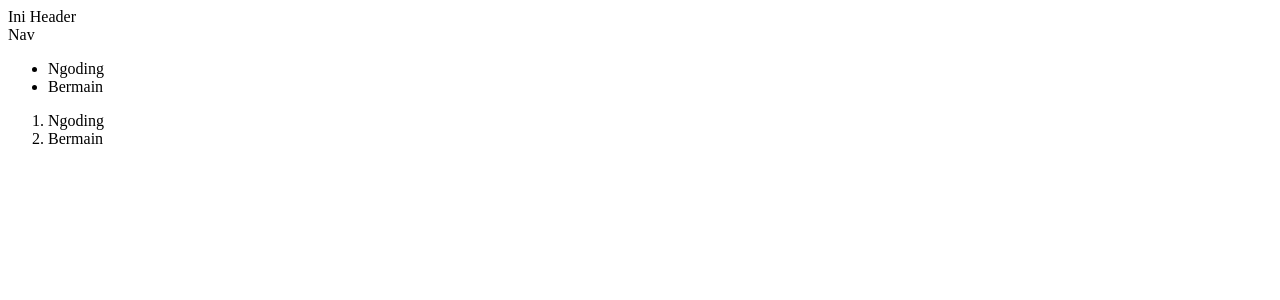
Repository: bmofunc/-Bootcamp-UM
Page: 01. Pert 1/Learn/2. Detail.html
An editor plug-in stored every save of this project. The page is shown before and after a run of saves, followed by the edit.
The browser window is 1280 px wide. The pictures show the whole page.

Above is the page before, as saved 2026-06-13 20:55:50.

After the next 4 saves:
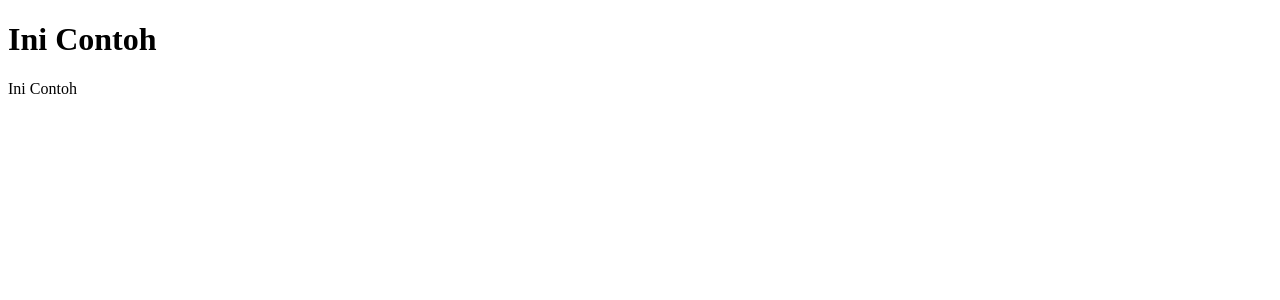
The 4 saves are shown as one change because they came seconds apart.
The last was saved 102 s later.
--- a/01. Pert 1/Learn/2. Detail.html
+++ b/01. Pert 1/Learn/2. Detail.html
@@ -6,24 +6,9 @@
     <title>Document</title>
 </head>
 <body>
-    <header>Ini Header</header>
-    <nav>Nav</nav>
-    <main></main>
-    <ul>
-        <li>Ngoding</li>
-        <li>Bermain</li>
-    </ul>
-
-    <ol>
-        <li>Ngoding</li>
-        <li>Bermain</li>
-    </ol>
-
-
-
-
-
-    <div></div>
-    <span></span>
+    <!-- Ini Isi konten dengan semantic / Non Semantic -->
+    <h1>Ini Contoh</h1>
+    <p>Ini Contoh</p>
+    <!--  -->
 </body>
 </html>
